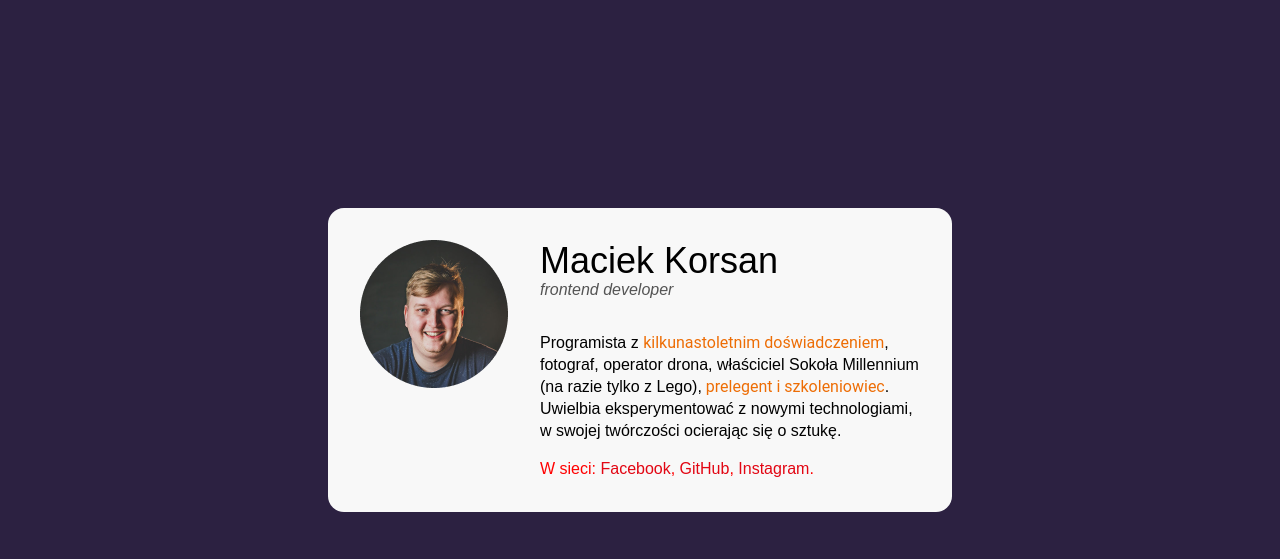
Repository: ArturNatwora/business-card
Page: index.html
The author's editor kept a copy of each file at every save. The page is drawn from the files as they stood at one save, then again after the next save.
The browser window is 1280 px wide. The pictures show the whole page.

Above is the page before, as saved 2019-06-20 10:45:54.

### index.html
<!DOCTYPE html>
<html lang="pl">
<head>
    <meta charset="UTF-8">
    <meta name="viewport" content="width=device-width, initial-scale=1.0">
    <meta http-equiv="X-UA-Compatible" content="ie=edge">

    <link rel="stylesheet" href="css/normalize.css">
    <link rel="stylesheet" href="css/style.css">


    <title>Wizytówka</title>
</head>
<body>
    <main class="card">
        <img src="img/avatar.png" alt="fotografia Maćka" class="person__photo">
        <div class="cardBody">
            <header class="person__header">
                <h1 class="person__name">Maciek Korsan</h1>
                <span class="person__position">frontend developer</span>
            </header>
            <p class="person__description">Programista z <strong class="person__special">kilkunastoletnim doświadczeniem</strong>, fotograf, operator drona, właściciel Sokoła Millennium (na razie tylko z Lego),<strong class="person__special"> prelegent i szkoleniowiec</strong>. Uwielbia eksperymentować z nowymi technologiami, w swojej twórczości ocierając się o sztukę.
            </p>
            <p class="person__description a">W sieci:
                <a href="#" class="person__link">Facebook</a>,
                <a href="#" class="person__link">GitHub</a>,
                <a href="#" class="person__link">Instagram</a>.
            </p>

        </div>
    </main>


</body>
</html>

### css/style.css
html {
  box-sizing: border-box;
}

*,
*:after,
*:before {
  box-sizing: inherit;
}
body {
  background: #2c2141;
  display: flex;
  justify-content: center;
  align-items: center;
  height: 100vh;
  padding: 16px;
font-family: Arial;
}

.card {
  background: #f8f8f8;
  padding: 32px;
  width: 100%;
  max-width: 624px;
  border-radius: 16px;
  display: flex;
}
.person__description{

    font-style: normal;
    font-weight: normal;
    font-size: 16px;
    line-height: 22px;



    color: #000000;
}
.person__header{
    margin-bottom: 32px;
}
.person__link{
  color: #E20613;
  text-decoration: none;
}
.person__name {
    font-weight: normal;

  font-size: 36px;
  line-height: 41px;
  margin:0;
}
.person__photo {
  width: 148px;
  height: 148px;
  margin-right: 32px;
}
.person__position{
    font-size: 16px;
    font-style: italic;
    color: #545454;

}
.person__special{
  font-family: Roboto;
font-style: normal;
font-weight: normal;
font-size: 16px;
line-height: 22px;

color: #ED6D05;
}
div {

  margin: 0;
}
.a{
    margin-bottom: 0;
    color:red;
}

Loaded but not shown: css/normalize.css (library)

After the next save:
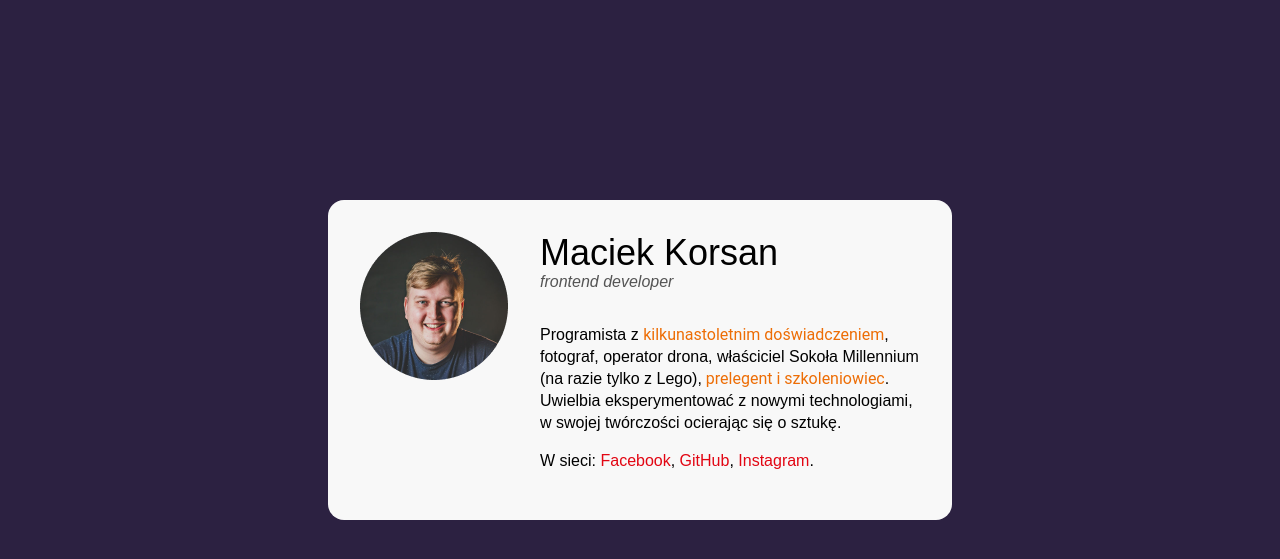
Saved 2 min 6 s later.
--- a/index.html
+++ b/index.html
@@ -21,7 +21,7 @@
             </header>
             <p class="person__description">Programista z <strong class="person__special">kilkunastoletnim doświadczeniem</strong>, fotograf, operator drona, właściciel Sokoła Millennium (na razie tylko z Lego),<strong class="person__special"> prelegent i szkoleniowiec</strong>. Uwielbia eksperymentować z nowymi technologiami, w swojej twórczości ocierając się o sztukę.
             </p>
-            <p class="person__description a">W sieci:
+            <p class="person__description person__description-end">W sieci:
                 <a href="#" class="person__link">Facebook</a>,
                 <a href="#" class="person__link">GitHub</a>,
                 <a href="#" class="person__link">Instagram</a>.

After the save that followed:
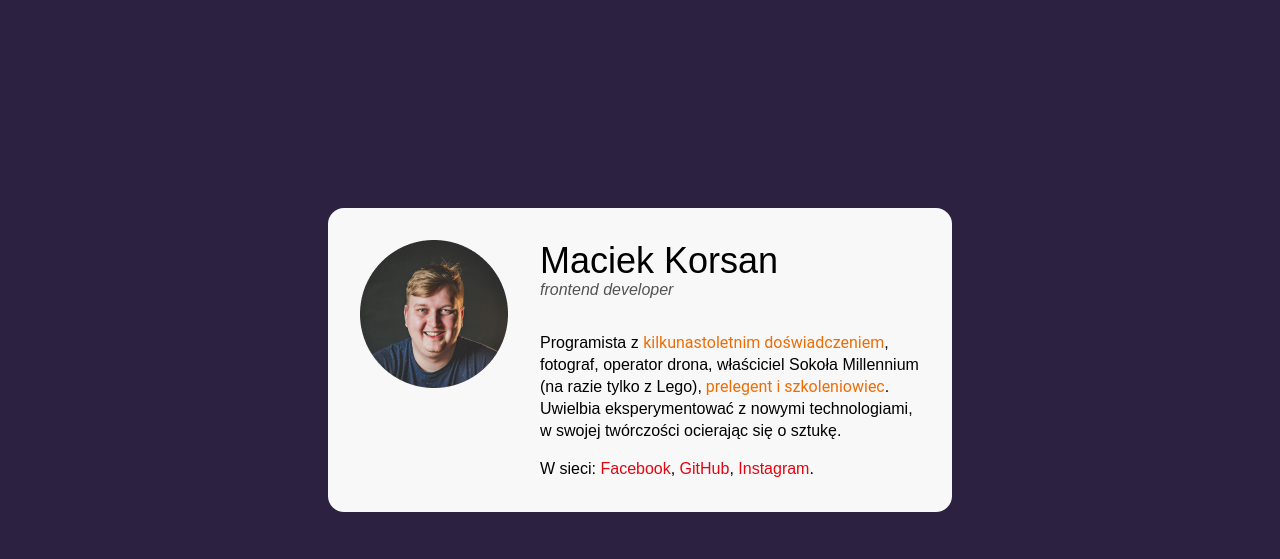
Saved 20 s later.
--- a/css/style.css
+++ b/css/style.css
@@ -74,7 +74,7 @@ div {
 
   margin: 0;
 }
-.a{
+.person__description-end{
     margin-bottom: 0;
-    color:red;
+
 }
